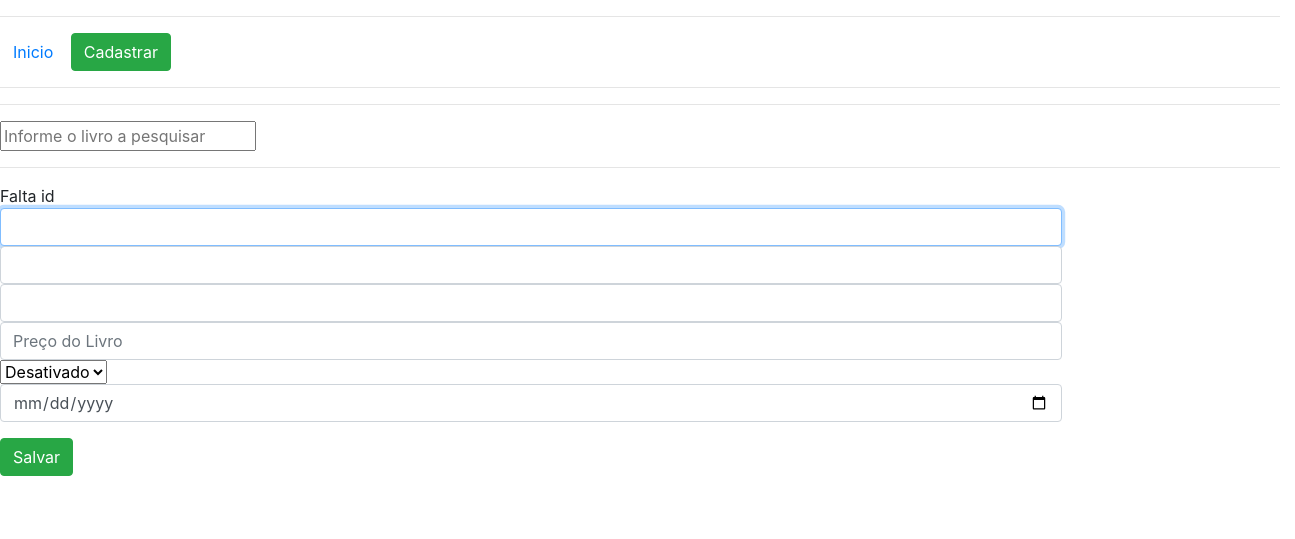
Repository: zz4fff/CRUD-MVC-PHP
Page: http://localhost/view/editar.php
An editor plug-in stored every save of this project. The page is shown before and after the next save, followed by the edit.
The browser window is 1280 px wide. The page is 1295 px wide, so the pictures cover 1295 px, including what lies to the right of the window. The pictures show the whole page.
The page is run by PHP 8.4 with error messages shown; the project is at /var/www/html/.

Above is the page before, as saved 2025-01-31 13:39:28.

### view/editar.php
<!DOCTYPE HTML>

<html>
<?php include("head.php") ?>

<body>
  <?php include("menu.php") ?>
  <?php require_once("../controller/ControllerEditar.php"); ?>

  <div class="row">
    <form method="post" action="../controller/ControllerEditar.php?id=".$value['nome']."' id="form" name="form" onsubmit="validar(document.form); return false;" class="col-10">
      <div class="form-group">
        <input class="form-control" type="text" id="nome" name="nome" value="<?php echo $editar->getNome(); ?>" required autofocus>
        <input class="form-control" type="text" id="autor" name="autor" value="<?php echo $editar->getAutor(); ?>" required>
        <input class="form-control" type="number" id="quantidade" name="quantidade" value="<?php echo $editar->getQuantidade(); ?>" required>
        <input class="form-control" type="text" id="preco" name="preco" placeholder="Preço do Livro" onkeyup="formatarMoeda();" value="<?php echo $editar->getPreco(); ?>" required>

        <select name="flag">
          <?php $c = $editar->getFlag(); ?>

          <option value="<?php echo $editar->getFlag(); ?>"><?php echo ($editar->getFlag() == 0) ? "Desativado" : "Ativado" ?></option>
          <option value="<?php echo ($c == 0) ? "1" : "0" ?>"><?php echo ($editar->getFlag() != 0) ? "Desativado" : "Ativado" ?></option>
        </select>

        <input class="form-control" type="date" id="data" name="data" value="<?php echo $editar->getData(); ?>" required>
      </div>
      <div class="form-group">
        <input type="hidden" name="id" value="<?php echo $editar->getNome(); ?>">

        <button type="submit" class="btn btn-success" id="editar" name="submit" value="editar">Salvar</button>
      </div>
    </form>
  </div>

  <script language="javascript" type="text/javascript">
    function formatarMoeda() {
      var elemento = document.getElementById('preco');
      var valor = elemento.value;

      valor = valor + '';
      valor = parseInt(valor.replace(/[\D]+/g, ''));
      valor = valor + '';
      valor = valor.replace(/([0-9]{2})$/g, ",$1");

      if (valor.length > 6) {
        valor = valor.replace(/([0-9]{3}),([0-9]{2}$)/g, ".$1,$2");
      }

      elemento.value = valor;
    }

    function validar(formulario) {
      var quantidade = form.quantidade.value;
      var preco = form.preco.value;

      for (i = 0; i <= formulario.length - 2; i++) {
        if ((formulario[i].value == "")) {
          alert("Preencha o campo " + formulario[i].name);
          formulario[i].focus();

          return false;
        }
      }

      if (quantidade <= 0) {
        alert('A quantidade de páginas não pode ser igual ou inferior a 0');
        form.quantidade.focus();

        return false;
      }

      if (preco <= 0) {
        alert('O preço do livro não pode ser igual ou inferior a 0');
        form.preco.focus();

        return false;
      }

      formulario.submit();
    }
  </script>
</body>

</html>

### view/head.php
<head>
  <meta charset="utf-8">
  <meta name="viewport" content="width=device-width, initial-scale=1.0">
  <title>Livraria</title>
  <link rel="stylesheet" href="https://stackpath.bootstrapcdn.com/bootstrap/4.1.1/css/bootstrap.min.css" integrity="sha384-WskhaSGFgHYWDcbwN70/dfYBj47jz9qbsMId/iRN3ewGhXQFZCSftd1LZCfmhktB" crossorigin="anonymous">
  <script type="text/javascript" src="https://code.jquery.com/jquery-3.3.1.min.js"></script>
</head>

### view/menu.php
<hr>
  <a href="index.php" class="btn btn-default">Inicio</a>
  <a href="cadastro.php" class="btn btn-success">Cadastrar</a>
<hr>

<hr>
  <input id="pesquisarParte" type="text" class="input" placeholder="Informe o livro a pesquisar" onkeypress="pesquisarParte();">
<hr>

<script language="javascript" type="text/javascript">
    function formatarMoeda() {
      var elemento = document.getElementById('pesquisarParte');
      var valor = elemento.value;

    }
</script>

### controller/ControllerEditar.php
<?php
require_once("../model/banco.php");

class editarController {
  private $editar;
  private $nome;
  private $autor;
  private $quantidade;
  private $preco;
  private $data;
  private $flag;

  public function __construct($id) {
    $this->editar = new Banco();
    $this->criarFormulario($id);
  }

  private function criarFormulario($id) {
    if (!isset($id)) {
      echo "Falta id<br>";
    } else {
      $row = $this->editar->pesquisaLivro($id);
      $this->nome = $row['nome'];
      $this->autor = $row['autor'];
      $this->quantidade = $row['quantidade'];
      $this->preco = $row['preco'];
      $this->data = $row['data'];
      $this->flag = $row['flag'];
    }
  }

  public function editarFormulario($nome,$autor,$quantidade,$preco,$data,$flag,$id) {
    if ($this->editar->updateLivro($nome, $autor, $quantidade, $preco, $flag, $data, $id) == TRUE) {
      echo "<script>alert('Registro incluído com
      sucesso!');document.location='../view/index.php'</script>";
    } else {
      echo "<script>alert('Erro ao gravar registro!');history.back()</script>";
    }
  }

  public function getNome() {
    return $this->nome;
  }

  public function getAutor() {
    return $this->autor;
  }

  public function getQuantidade() {
    return $this->quantidade;
  }

  public function getPreco() {
    return $this->preco;
  }

  public function getData() {
    return $this->data;
  }

  public function getFlag() {
    return $this->flag;
  }
}

$id = filter_input(INPUT_GET, 'id');
echo $id;
$editar = new editarController($id);
if (isset($_POST['submit'])) {
  $editar->editarFormulario($_POST['nome'], $_POST['autor'],
  $_POST['quantidade'], $_POST['preco'], $_POST['data'], $_POST['flag'],
  $_POST['id']);
}
?>

### model/banco.php
<?php
require_once("../init.php");

class Banco{
  protected $mysqli;

  public function __construct() {
    $this->conexao();
  }

  private function conexao() {
    $this->mysqli = new mysqli(BD_SERVIDOR, BD_USUARIO, BD_SENHA, BD_BANCO);
    if (!$this->mysqli->ping()) {
      printf("Error: %s\n", $this->mysqli->error);
    }
  }

  public function setLivro($nome, $autor, $quantidade, $preco, $data) {
    $stmt = $this->mysqli->prepare("INSERT INTO livros (`nome`, `autor`, `quantidade`, `preco`, `data`) VALUES (?,?,?,?,?)");
    $stmt->bind_param("sssss", $nome, $autor, $quantidade, $preco, $data);
    if ($stmt->execute() == TRUE) {
      return true;
    } else  {
      return false;
    }
  }

  public function getLivro() {
    $result = $this->mysqli->query("SELECT * FROM `livros`");
    while ($row = $result->fetch_array(MYSQLI_ASSOC)) {
      $array[] = $row;
    }
    return $array;
  }

  public function deleteLivro($id) {
    // TODO: Inserir confirmação de exclusão aqui
    if ($this->mysqli->query("DELETE FROM `livros` WHERE `nome` = '".$id."';") == TRUE) {
      return true;
    } else {
      return false;
    }
  }

  public function pesquisaLivro($id) {
    $result = $this->mysqli->query("SELECT * FROM `livros` WHERE `nome`='$id';");
    return $result->fetch_array(MYSQLI_ASSOC);
  }

  public function pesquisaParteDeLivro($parte_do_nome) {
    $result = $this->mysqli->query("SELECT * FROM `livros` WHERE `nome` LIKE '%$parte_do_nome%';");
    return $result->fetch_array(MYSQLI_ASSOC);
  }

  public function updateLivro($nome, $autor, $quantidade, $preco, $flag, $data, $id) {
    $stmt = $this->mysqli->prepare("UPDATE `livros` SET `nome`=?, `autor`=?, `quantidade`=?, `preco`=?, `flag`=?,`data`=? WHERE `nome`=? ");
    $stmt->bind_param("sssssss", $nome, $autor, $quantidade, $preco, $flag, $data, $id);
    if ($stmt->execute() == TRUE)   {
      return true;
    } else {
      return false;
    }
  }
}
?>

### init.php
<?php
// timezone
date_default_timezone_set('America/Sao_Paulo');

// conexão com o banco de dados
define('BD_SERVIDOR', 'localhost');
define('BD_USUARIO', 'root');
define('BD_SENHA', '');
define('BD_BANCO', 'livraria');
?>

After the next save:
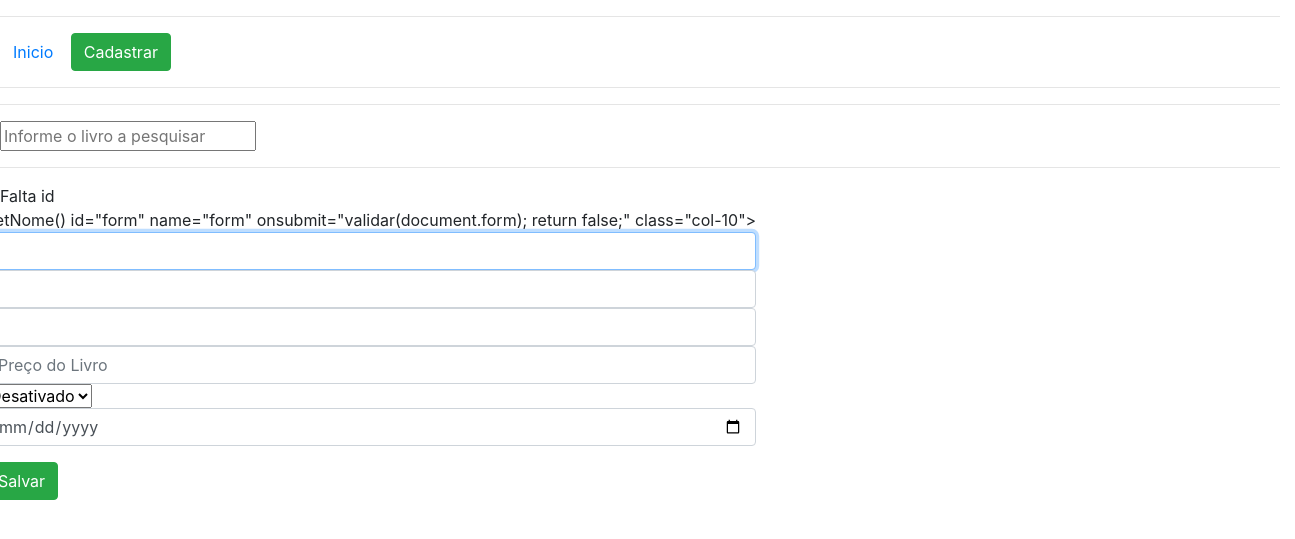
Saved 64 s later.
--- a/view/editar.php
+++ b/view/editar.php
@@ -8,7 +8,7 @@
   <?php require_once("../controller/ControllerEditar.php"); ?>
 
   <div class="row">
-    <form method="post" action="../controller/ControllerEditar.php?id=".$value['nome']."' id="form" name="form" onsubmit="validar(document.form); return false;" class="col-10">
+    <form method="post" action="../controller/ControllerEditar.php?id=".$editar->getNome() id="form" name="form" onsubmit="validar(document.form); return false;" class="col-10">
       <div class="form-group">
         <input class="form-control" type="text" id="nome" name="nome" value="<?php echo $editar->getNome(); ?>" required autofocus>
         <input class="form-control" type="text" id="autor" name="autor" value="<?php echo $editar->getAutor(); ?>" required>
